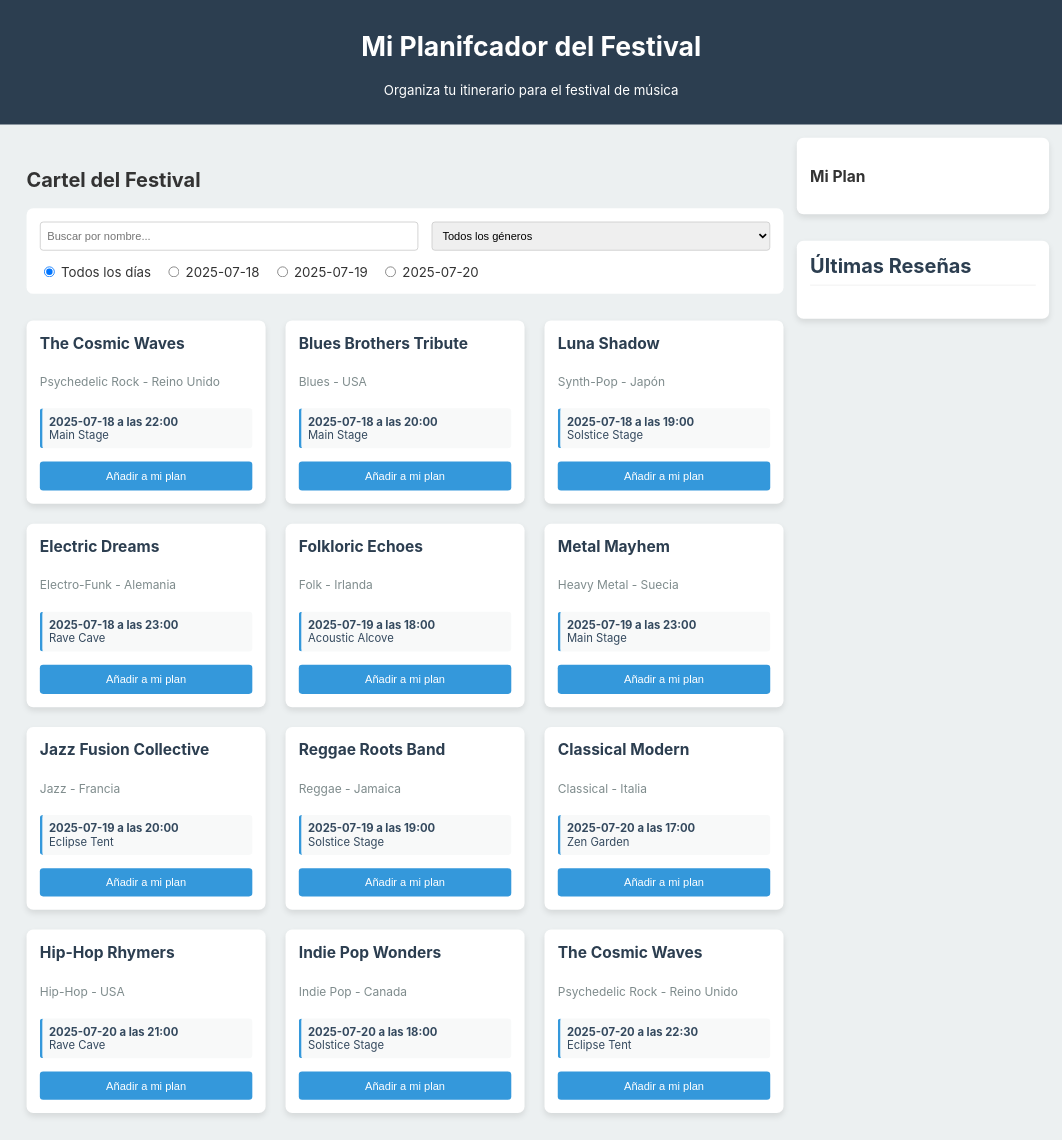
Repository: rotoforze/DWEC
Page: 2_examen_alexBernardos/index.html
The author's editor kept a copy of each file at every save. The page is drawn from the files as they stood at one save, then again after the next save.
The browser window is 1280 px wide. The pictures show the whole page, at 83% of full size.

Above is the page before, as saved 2025-12-12 11:59:16.

### 2_examen_alexBernardos/index.html
<!DOCTYPE html>
<html lang="es">
<head>
    <meta charset="UTF-8">
    <meta name="viewport" content="width=device-width, initial-scale=1.0">
    <title>Festival</title>
    <link rel="stylesheet" href="css/style.css">
</head>
<body>
    <!-- Encabezado principal de la aplicación -->
    <header>
        <h1>Mi Planifcador del Festival</h1>
        <p>Organiza tu itinerario para el festival de música</p>
    </header>

    <!-- Contenedor principal de la aplicación: organiza el dashboard y la columna derecha -->
    <div class="container">
        <!-- Sección principal del dashboard: muestra el cartel del festival y los filtros -->
        <main id="dashboard">
            <h2>Cartel del Festival</h2>
            <!-- Formulario de filtros para buscar y categorizar artistas -->
            <form id="filter-form">
                <input type="text" id="search-name" placeholder="Buscar por nombre...">
                <select id="filter-genre">
                    <option value="">Todos los géneros</option>
                    <!-- Las opciones de género se cargarán aquí dinámicamente mediante JavaScript -->
                </select>
                <div id="filter-day" class="radio-group">
                    <label><input type="radio" name="day" value="" checked> Todos los días</label>
                    <!-- Las opciones de día se cargarán aquí dinámicamente mediante JavaScript -->
                </div>
            </form>
            <!-- Contenedor donde se mostrarán las tarjetas de los artistas filtrados -->
            <div id="artist-list" class="grid-container">
                <!-- Las tarjetas de artistas se insertarán aquí por JavaScript -->
            </div>
        </main>

        <!-- Columna lateral derecha: contiene el plan del usuario y las reseñas -->
        <div class="right-column">
            <!-- Sección para el plan personalizado del usuario -->
            <aside id="my-plan-container">
                <h3>Mi Plan</h3>
                <!-- Lista donde se añadirán las actuaciones seleccionadas por el usuario -->
                <ul id="plan-list">
                    <!-- Las actuaciones añadidas aparecerán aquí por JavaScript -->
                </ul>
            </aside>
            <!-- Sección para mostrar las reseñas de los artistas -->
            <section id="reviews-section">
                <h2>Últimas Reseñas</h2>
                <!-- Contenedor donde se mostrarán las tarjetas de las reseñas -->
                <div id="reviews-list">
                    <!-- Las reseñas se insertarán aquí por JavaScript -->
                </div>
            </section>
        </div>
    </div>

    <!-- Modal para el formulario de reseña (inicialmente oculto) -->
    <div id="review-modal" class="modal-overlay" style="display: none;">
        <div class="modal-content">
            <button class="close-modal">&times;</button>
            <h3 id="modal-artist-name">Dejar reseña para...</h3>
            <!-- Formulario de reseña del artista. La validación se realiza en el cliente. -->
            <form id="review-form" novalidate>
                <div class="form-group">
                    <label>Calificación:</label>
                    <div class="star-rating">
                        <!-- Campos de radio para la calificación por estrellas (5 a 1) -->
                        <input type="radio" id="star5" name="rating" value="5" required><label for="star5" title="5 stars">★</label>
                        <input type="radio" id="star4" name="rating" value="4"><label for="star4" title="4 stars">★</label>
                        <input type="radio" id="star3" name="rating" value="3"><label for="star3" title="3 stars">★</label>
                        <input type="radio" id="star2" name="rating" value="2"><label for="star2" title="2 stars">★</label>
                        <input type="radio" id="star1" name="rating" value="1"><label for="star1" title="1 star">★</label>
                    </div>
                    <span class="error-message"></span>
                </div>
                <div class="form-group">
                    <label for="comment">Comentario:</label>
                    <textarea id="comment" name="comment" rows="4" minlength="15" required></textarea>
                    <span class="error-message"></span>
                </div>
                <div class="form-group">
                    <label for="email">Email:</label>
                    <input type="email" id="email" name="email" required>
                    <span class="error-message"></span>
                </div>
                <button type="submit">Enviar Reseña</button>
            </form>
        </div>
    </div>


    <!-- Mensaje de éxito temporal para confirmaciones de usuario (inicialmente oculto) -->
    <div id="success-message" class="success-message" style="display: none;"></div>

    <!-- Enlace al archivo JavaScript principal de la aplicación.
         El atributo 'type="module"' permite usar importaciones y exportaciones de módulos. -->
    <script src="js/main.js" type="module"></script>
</body>
</html>

### 2_examen_alexBernardos/css/style.css
/* --- GENERALES Y LAYOUT --- */
/* Este bloque define variables globales (--variable) para la paleta de colores y estilos reutilizables.
   También establece los estilos base para la página, como la fuente y la maquetación principal de dos columnas usando Flexbox. */
:root {
    --primary-color: #2c3e50;
    --secondary-color: #3498db;
    --background-color: #ecf0f1;
    --card-bg-color: #ffffff;
    --text-color: #333;
    --error-color: #e74c3c;
    --success-color: #2ecc71;
    --star-color: #f1c40f;
    --border-radius: 8px;
    --box-shadow: 0 4px 8px rgba(0, 0, 0, 0.1);
}

body {
    font-family: -apple-system, BlinkMacSystemFont, "Segoe UI", Roboto, Helvetica, Arial, sans-serif;
    margin: 0;
    background-color: var(--background-color);
    color: var(--text-color);
}

header {
    background-color: var(--primary-color);
    color: white;
    padding: 1rem 2rem;
    text-align: center;
}

.container {
    display: flex;
    flex-wrap: wrap;
    padding: 1rem;
}

main#dashboard {
    flex: 3;
    min-width: 300px;
    padding: 1rem;
}

.right-column {
    flex: 1;
    min-width: 300px;
    display: flex;
    flex-direction: column;
    gap: 2rem;
}

aside#my-plan-container {
    background-color: var(--card-bg-color);
    padding: 1rem;
    border-radius: var(--border-radius);
    box-shadow: var(--box-shadow);
}

/* --- FORMULARIO DE FILTROS --- */
/* Estilos para el formulario que permite al usuario buscar y filtrar artistas. */
#filter-form {
    display: flex;
    flex-wrap: wrap;
    gap: 1rem;
    margin-bottom: 2rem;
    background-color: var(--card-bg-color);
    padding: 1rem;
    border-radius: var(--border-radius);
}

#filter-form input[type="text"],
#filter-form select {
    padding: 0.5rem;
    border: 1px solid #ccc;
    border-radius: 4px;
    flex-grow: 1;
}

.radio-group {
    display: flex;
    gap: 1rem;
    align-items: center;
}

/* --- TARJETAS DE ARTISTAS --- */
/* Define el layout de parrilla para las tarjetas de artistas y el estilo de cada tarjeta individual,
   incluyendo efectos visuales como sombras y animaciones al pasar el ratón. */
.grid-container {
    display: grid;
    grid-template-columns: repeat(auto-fill, minmax(220px, 1fr));
    gap: 1.5rem;
}

.artist-card {
    background: var(--card-bg-color);
    border-radius: var(--border-radius);
    box-shadow: var(--box-shadow);
    padding: 1rem;
    transition: transform 0.2s, box-shadow 0.2s;
    display: flex;
    flex-direction: column;
}

.artist-card:hover {
    transform: translateY(-5px);
    box-shadow: 0 8px 16px rgba(0, 0, 0, 0.15);
}

.artist-card h3 {
    margin-top: 0;
    color: var(--primary-color);
}

.artist-card p {
    font-size: 0.9rem;
    color: #7f8c8d;
    margin: 0.5rem 0;
}

.card-schedule-info {
    font-size: 0.85rem;
    color: #34495e;
    background-color: #f8f9f9;
    padding: 0.5rem;
    border-radius: 4px;
    margin: 1rem 0;
    border-left: 3px solid var(--secondary-color);
}

.card-schedule-info span {
    display: block;
}

.card-schedule-info span:first-child {
    font-weight: bold;
}

.artist-card button {
    background-color: var(--secondary-color);
    color: white;
    border: none;
    padding: 0.6rem 1rem;
    border-radius: 4px;
    cursor: pointer;
    width: 100%;
    margin-top: auto; /* Empuja el botón al final */
    transition: background-color 0.2s;
}

.artist-card button:hover {
    background-color: #2980b9;
}

/* --- SECCIÓN "MI PLAN" --- */
/* Estilos para la lista de actuaciones que el usuario ha seleccionado.
   Incluye el estilo de cada elemento de la lista y sus botones de acción (Eliminar, Dejar reseña). */
#plan-list {
    list-style-type: none;
    padding: 0;
    margin: 0;
}

#plan-list li {
    background-color: #f9f9f9;
    padding: 0.8rem;
    margin-bottom: 0.8rem;
    border-radius: 4px;
    border-left: 5px solid var(--secondary-color);
    position: relative;
}

#plan-list .plan-item-info strong {
    display: block;
    color: var(--primary-color);
}

#plan-list .plan-item-info span {
    font-size: 0.85rem;
    color: #7f8c8d;
}

#plan-list .plan-item-actions {
    margin-top: 0.5rem;
    display: flex;
    gap: 0.5rem;
}

.plan-item-actions button {
    font-size: 0.75rem;
    padding: 0.3rem 0.6rem;
    border-radius: 3px;
    cursor: pointer;
    border: 1px solid;
}

.btn-delete {
    border-color: var(--error-color);
    color: var(--error-color);
    background: transparent;
}
.btn-review {
    border-color: var(--secondary-color);
    color: var(--secondary-color);
    background: transparent;
}
.btn-review:disabled {
    border-color: #ccc;
    color: #ccc;
    cursor: not-allowed;
}


/* --- MODAL --- */
/* Estilos para la ventana modal que aparece superpuesta.
   Define la capa de fondo oscura y el contenedor del contenido del modal. */
.modal-overlay {
    position: fixed;
    top: 0;
    left: 0;
    width: 100%;
    height: 100%;
    background-color: rgba(0, 0, 0, 0.6);
    display: flex;
    justify-content: center;
    align-items: center;
    z-index: 1000;
}

.modal-content {
    background: white;
    padding: 2rem;
    border-radius: var(--border-radius);
    width: 90%;
    max-width: 500px;
    position: relative;
}

.close-modal {
    position: absolute;
    top: 1rem;
    right: 1rem;
    background: none;
    border: none;
    font-size: 1.5rem;
    cursor: pointer;
}

/* --- FORMULARIO DE RESEÑA --- */
/* Define los estilos para el formulario dentro del modal, incluyendo los campos de entrada,
   los mensajes de error de validación y el sistema de calificación por estrellas. */
#review-form .form-group {
    margin-bottom: 1rem;
}

#review-form label {
    display: block;
    margin-bottom: 0.3rem;
}

#review-form input,
#review-form textarea {
    width: 100%;
    padding: 0.5rem;
    border: 1px solid #ccc;
    border-radius: 4px;
    box-sizing: border-box;
}

#review-form button {
    background-color: var(--success-color);
    color: white;
    padding: 0.7rem 1.5rem;
    border: none;
    border-radius: 4px;
    cursor: pointer;
}
.error-message {
    color: var(--error-color);
    font-size: 0.8rem;
    height: 1rem;
    display: block;
}
input:invalid, textarea:invalid {
    border-color: var(--error-color);
}

/* Star Rating: Implementación de calificación por estrellas con inputs de radio y CSS. */
.star-rating {
    display: flex;
    flex-direction: row-reverse;
    justify-content: flex-end;
}

.star-rating input[type="radio"] {
    display: none;
}

.star-rating label {
    color: #ccc;
    cursor: pointer;
    font-size: 2rem;
    margin: 0;
}

.star-rating input[type="radio"]:checked ~ label,
.star-rating label:hover,
.star-rating label:hover ~ label {
    color: var(--star-color);
}

/* --- MENSAJE DE ÉXITO --- */
/* Estilos para la notificación flotante que aparece tras enviar una reseña. */
.success-message {
    position: fixed;
    bottom: 20px;
    left: 50%;
    transform: translateX(-50%);
    background-color: var(--success-color);
    color: white;
    padding: 1rem 2rem;
    border-radius: var(--border-radius);
    z-index: 1001;
    box-shadow: var(--box-shadow);
}


/* --- SECCIÓN DE RESEÑAS --- */
/* Estilos para la sección que muestra las reseñas enviadas y el formato de cada tarjeta de reseña. */
#reviews-section {
    background-color: var(--card-bg-color);
    padding: 1rem;
    border-radius: var(--border-radius);
    box-shadow: var(--box-shadow);
}

#reviews-section h2 {
    text-align: left;
    margin-top: 0;
    margin-bottom: 1.5rem;
    padding-bottom: 0.5rem;
    border-bottom: 1px solid #eee;
    color: var(--primary-color);
}

#reviews-list {
    display: flex;
    flex-direction: column;
    gap: 1rem;
}

.review-card {
    background: #f9f9f9;
    border-radius: var(--border-radius);
    padding: 1rem;
    display: flex;
    flex-direction: column;
    border-left: 5px solid var(--secondary-color);
}

.review-card h4 {
    margin: 0 0 0.5rem 0;
    color: var(--primary-color);
}

.review-card-rating {
    color: var(--star-color);
    font-size: 1.2rem;
    margin-bottom: 1rem;
}

.review-card-comment {
    font-style: italic;
    color: #555;
    margin: 0;
}


/* --- RESPONSIVE --- */
/* Contiene las Media Queries para adaptar el diseño a diferentes tamaños de pantalla,
   como apilar las columnas en dispositivos móviles. */
@media (max-width: 992px) {
    .container {
        flex-direction: column;
    }
    .right-column {
        margin-top: 2rem;
        gap: 2rem;
    }
}

### 2_examen_alexBernardos/js/main.js
// js/main.js

import { cargarDatos } from "./dataManager.js";

function init(){
    // iniciamos la app
    console.log('%c Iniciando...', "color:green;");

    cargarDatos();

}


document.addEventListener('DOMContentLoaded', init);

### 2_examen_alexBernardos/js/dataManager.js
import { addFecha, renderTarjetas } from "./renderer.js";

let horarios;
let horariosFiltrados;
let artistas;
let escenarios;
let generos = [];
let fechas = [];


export async function cargarDatos() {

    console.log('%c Cargando datos de horarios.json, artistas.json, escenarios.json.', 'color:blue;');
    // guardo los horarios
    horarios = await fetchRute("./data/horarios.json");
    // guardo los artistas
    artistas = await fetchRute("./data/artistas.json");
    // guardo los escenarios
    escenarios = await fetchRute("./data/escenarios.json");
    console.log('%c Datos de horarios.json, artistas.json, escenarios.json, cargados correctamente.', 'color:blue;');

    sacarGeneros();
    ponerGenerosEnSelect();
    ponerFechas();
    filtrar();
}

/**
 * Saca los generos de los artistas y los mete en un array
 * no admite duplicados
 */
function sacarGeneros() {
    for (const artista of artistas) {
        if (!generos.includes(artista.genero)) {
            generos.push(artista.genero);
        }
    }
}

/**
 * Pone los generos en el select.
 */
function ponerGenerosEnSelect() {
    const listaGeneros = document.querySelector('#filter-genre');
    generos.map((genero, clave) => {
        listaGeneros.innerHTML += (`
            <option value="${clave}">${genero}</option>
            `);
    });
    listaGeneros.addEventListener('input', filtrar)
}
/**
 * Separa las fechas únicas y llama a addFecha para meter las fechas en el DOM
 * Después se encarga de poner los eventos.
 */
function ponerFechas() {
    for (const horario of horarios) {
        if (!fechas.includes(horario.dia)) {
            fechas.push(horario.dia);
        }
    }
    for (const fecha of fechas) {
        addFecha(fecha);
    }

    document.querySelectorAll('[name="day"]').forEach((radioBtn) => {
        radioBtn.addEventListener("click", filtrar)
    })
}

/**
 * Recibe un id de un artista y devuelve el objeto correspondiente
 *
 * @param {String} id
 * @returns {object}
 */
export function getArtista(id) {
    for (const artista of artistas) {
        if (artista.id == id) {
            return artista;
        }
    }
}

/**
 * Recibe un id de un escenario y devuelve el objeto correspondiente
 *
 * @param {String} id
 * @returns {object}
 */
export function getEscenario(id) {
    for (const escenario of escenarios) {
        if (escenario.id == id) {
            return escenario;
        }
    }
}

/**
 * Filtra y renderiza los horarios
 */
function filtrar() {
    console.log("%c Filtrando...", "color:green;")
    horariosFiltrados = horarios;
    // filtro por fecha
    const fecha = document.querySelector("form").day.value;
    if (fecha) {
        horariosFiltrados = horariosFiltrados.filter((horario) => {
            if (horario.dia == fecha) return horario;
        });
    }
    // filtro por genero
    const generoActual = generos[document.querySelector('#filter-genre').value];
    if (generoActual) {
        horariosFiltrados = horariosFiltrados.filter((horario) => {
            if (getArtista(horario.artistaId).genero == generoActual) {
                return horario;
            }
        })
    }

    renderTarjetas(horariosFiltrados);
}

/**
 * Recibe una ruta, usando una promesa, hace un fetch y devuelve su resultado.
 *
 * @param {File} rute
 */
async function fetchRute(rute) {
    return new Promise((resolve, reject) =>
        fetch(rute)
            .then(resp => resp.json())
            .then((data) => resolve(data))
            .catch((error) => reject(error)));
}

### 2_examen_alexBernardos/js/renderer.js
import { getArtista, getEscenario } from "./dataManager.js";
/**
 * Recibe los horarios y usando la función nuevatarjeta, los crea y añade al dom
 *
 * @param {Object} horarios
 */
export function renderTarjetas(horarios) {
    const contenedor = document.querySelector("#artist-list");
    contenedor.innerHTML = "";
    for (const horario of horarios) {
        contenedor.innerHTML += nuevaTarjeta(horario.artistaId, horario.dia,
                                    horario.horaInicio, horario.escenarioId);
    }
}

/**
 * Crea el contenido html con los datos recibidos y lo devuelve.
 *
 * @param {String} artistaId
 * @param {String} dia
 * @param {String} horaInicio
 * @param {String} escenarioId
 * @returns {HTMLElement}
 */
function nuevaTarjeta(artistaId, dia, horaInicio, escenarioId) {
    return (`
        <div class="artist-card">
            <h3>${getArtista(artistaId).nombre}</h3>
            <p>${getArtista(artistaId).genero} - ${getArtista(artistaId).pais}</p>
            <div class="card-schedule-info">
                <span>${dia} a las ${horaInicio}</span>
                <span>${getEscenario(escenarioId).nombre}</span>
            </div>
            <button>Añadir a mi plan</button>
        </div>
        `);
}

/**
 * Recibe una fecha y la añade al dom como radiobutton
 *
 * @param {String} fecha
 */
export function addFecha(fecha) {
    document.querySelector('#filter-day').innerHTML += (`
        <label>
            <input type="radio" name="day" value="${fecha}">
            ${fecha}
        </label>
        `);
}

### 2_examen_alexBernardos/data/escenarios.json
[
  {
    "id": "e1",
    "nombre": "Solstice Stage",
    "capacidad": 15000,
    "ubicacion": "Zona Norte"
  },
  {
    "id": "e2",
    "nombre": "Eclipse Tent",
    "capacidad": 5000,
    "ubicacion": "Zona Oeste"
  },
  {
    "id": "e3",
    "nombre": "Zen Garden",
    "capacidad": 3000,
    "ubicacion": "Zona Sur"
  },
  {
    "id": "e4",
    "nombre": "Rave Cave",
    "capacidad": 7000,
    "ubicacion": "Zona Este"
  },
  {
    "id": "e5",
    "nombre": "Acoustic Alcove",
    "capacidad": 1000,
    "ubicacion": "Centro"
  },
  {
    "id": "e6",
    "nombre": "Main Stage",
    "capacidad": 20000,
    "ubicacion": "Entrada Principal"
  },
  {
    "id": "e7",
    "nombre": "Chill Zone",
    "capacidad": 2000,
    "ubicacion": "Junto al Lago"
  },
  {
    "id": "e8",
    "nombre": "Groove Ground",
    "capacidad": 6000,
    "ubicacion": "Área de Comida"
  },
  {
    "id": "e9",
    "nombre": "Tech Temple",
    "capacidad": 4000,
    "ubicacion": "Bosque"
  },
  {
    "id": "e10",
    "nombre": "Vibe Village",
    "capacidad": 2500,
    "ubicacion": "Campamento"
  }
]

Loaded but not shown: 2_examen_alexBernardos/data/artistas.json (90 lines, source omitted); 2_examen_alexBernardos/data/horarios.json (86 lines, source omitted)

After the next save:
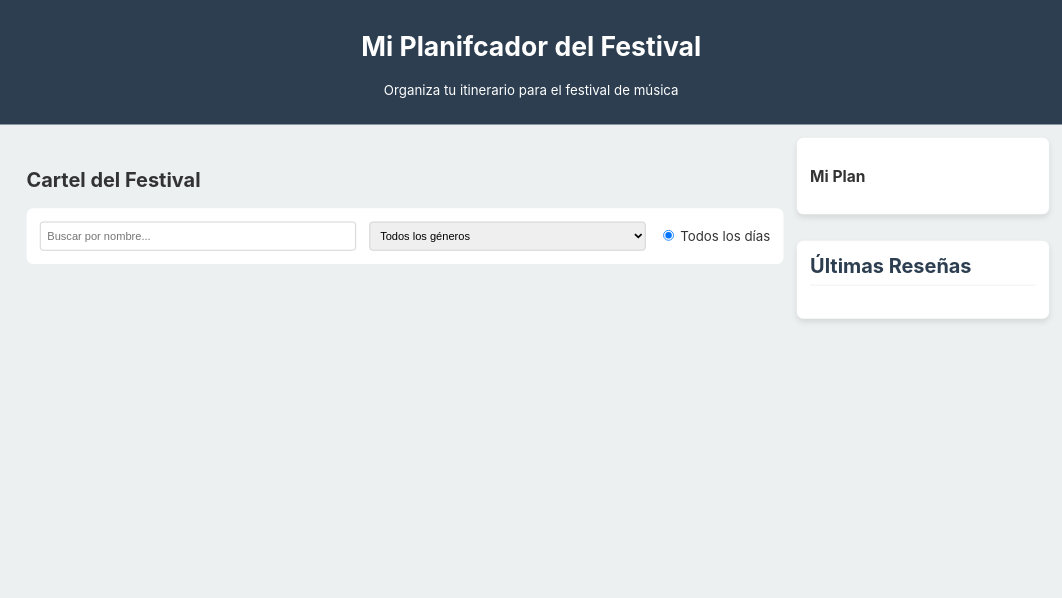
Console error: SyntaxError: Malformed arrow function parameter list
Saved 25 s later.
--- a/2_examen_alexBernardos/js/dataManager.js
+++ b/2_examen_alexBernardos/js/dataManager.js
@@ -22,6 +22,7 @@
     sacarGeneros();
     ponerGenerosEnSelect();
     ponerFechas();
+    document.querySelector('#search-name').addEventListener('input' => filtrar)
     filtrar();
 }
 

After the save that followed:
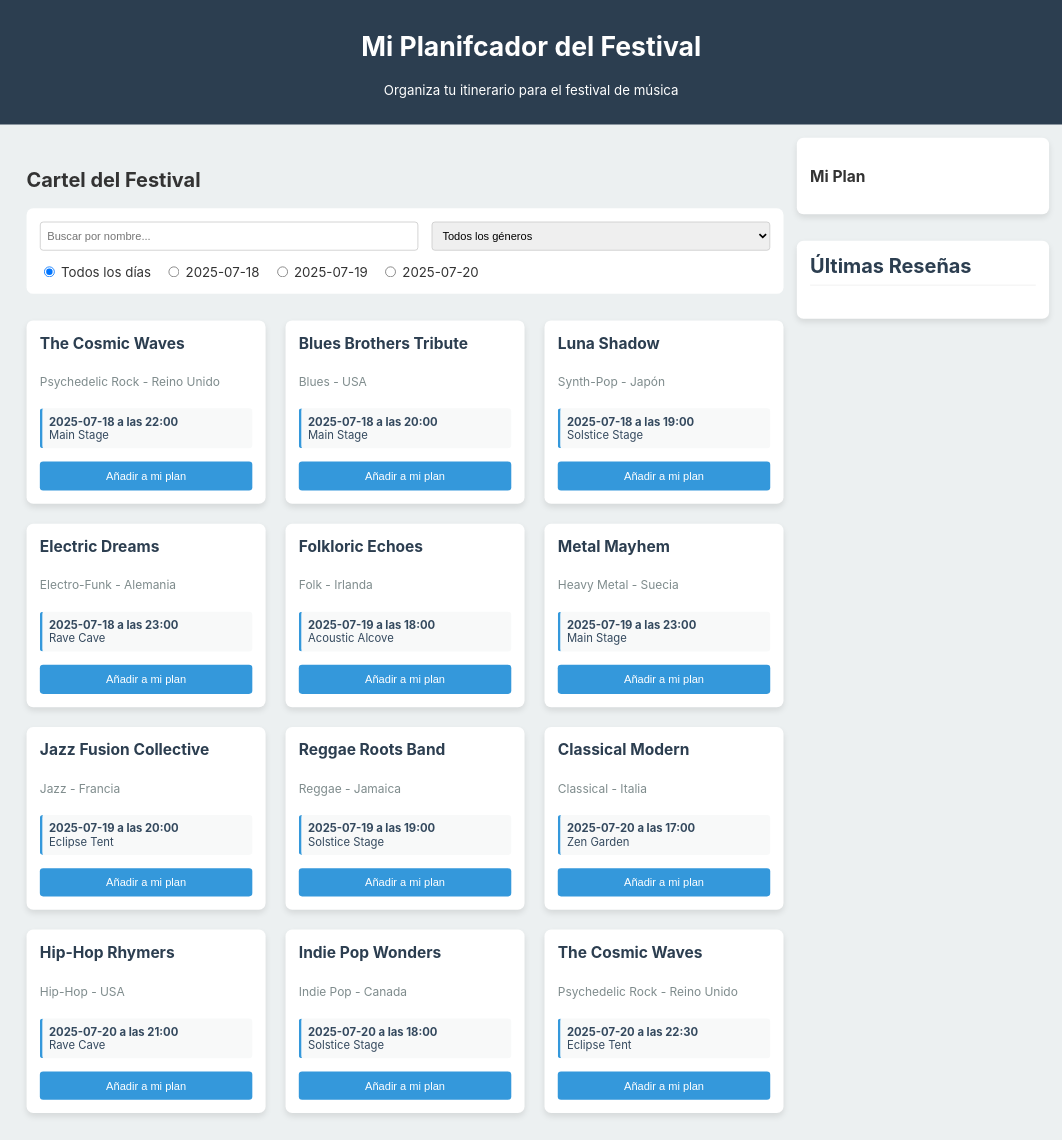
The error is gone.
Saved 8 s later.
--- a/2_examen_alexBernardos/js/dataManager.js
+++ b/2_examen_alexBernardos/js/dataManager.js
@@ -22,7 +22,7 @@
     sacarGeneros();
     ponerGenerosEnSelect();
     ponerFechas();
-    document.querySelector('#search-name').addEventListener('input' => filtrar)
+    document.querySelector('#search-name').addEventListener('input', filtrar);
     filtrar();
 }
 
